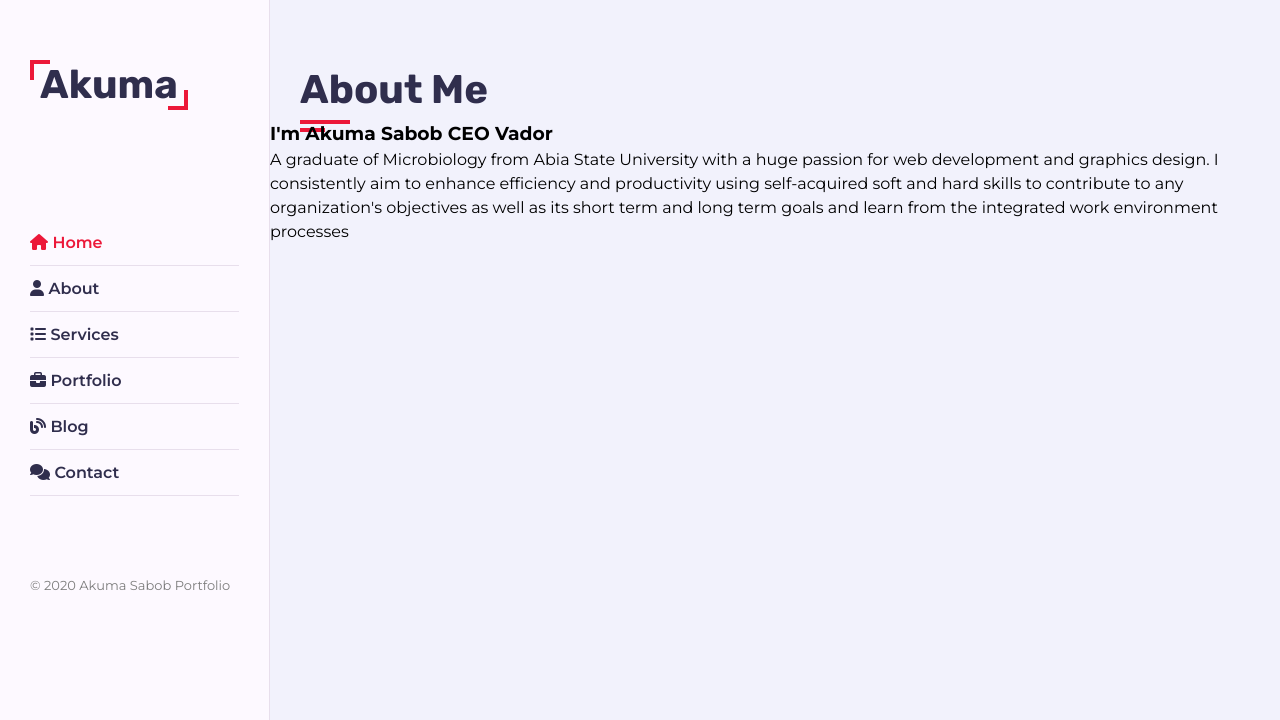
Repository: Akuma001/MY-Portfolio
Page: index.html
An editor plug-in stored every save of this project. The page is shown before and after the next save, followed by the edit.
The browser window is 1280 px wide. The pictures show the whole page.
Some web libraries are served in a nearby version.

Above is the page before, as saved 2020-12-13 17:30:46.

After the next save:
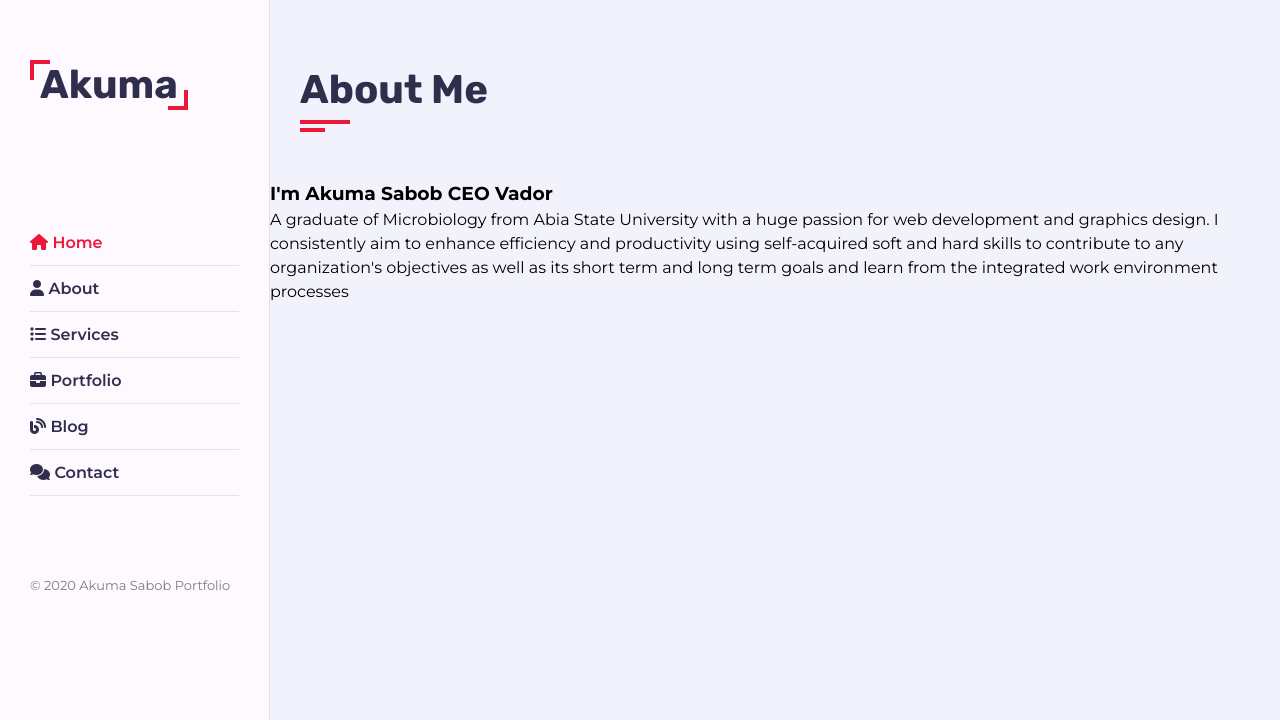
Saved 2 min 5 s later.
--- a/css/style.css
+++ b/css/style.css
@@ -38,6 +38,7 @@ body{
     -ms-flex: 0 0 100%;
     flex: 0 0 100%;
     max-width: 100%;
+    margin-bottom: 60px;
 }
 .section-title h2{
     font-size: 40px;
